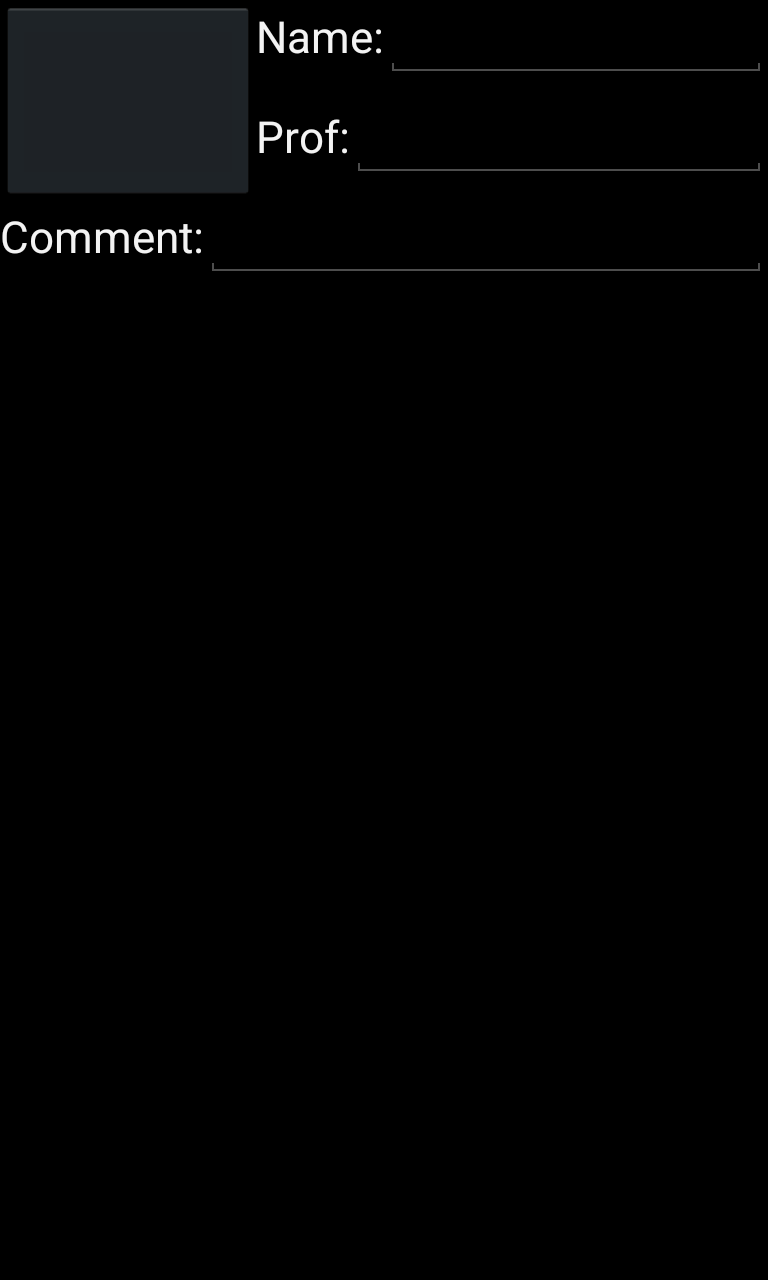
Repository: prayasjain/BunkMonitorApp
Layout: BunkMonitor/res/layout/subject_input.xml
An editor plug-in stored every save of this project. The layout is shown before and after the next save, followed by the edit.
It is drawn on a 768 x 1280 px phone screen (xhdpi) without system bars, with theme android:Theme.Holo; the app's code is not run.

Above is the layout before, as saved 2015-08-05 11:04:47.

After the next save:
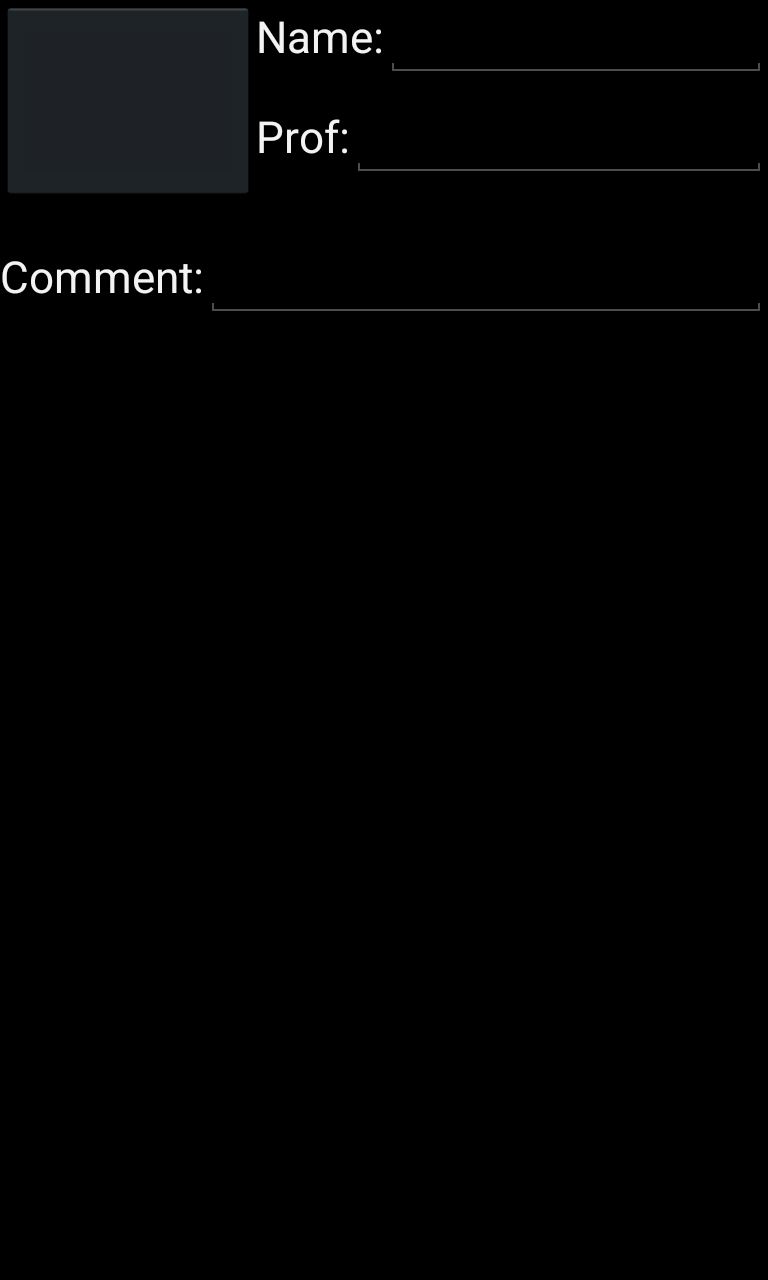
Saved 54 s later.
--- a/BunkMonitor/res/layout/subject_input.xml
+++ b/BunkMonitor/res/layout/subject_input.xml
@@ -64,7 +64,8 @@
     <LinearLayout
         android:layout_width="match_parent"
         android:layout_height="wrap_content"
-        android:orientation="horizontal" >
+        android:orientation="horizontal"
+        android:paddingTop="20dp" >
         <TextView
         android:layout_width="wrap_content"
         android:layout_height="wrap_content"
